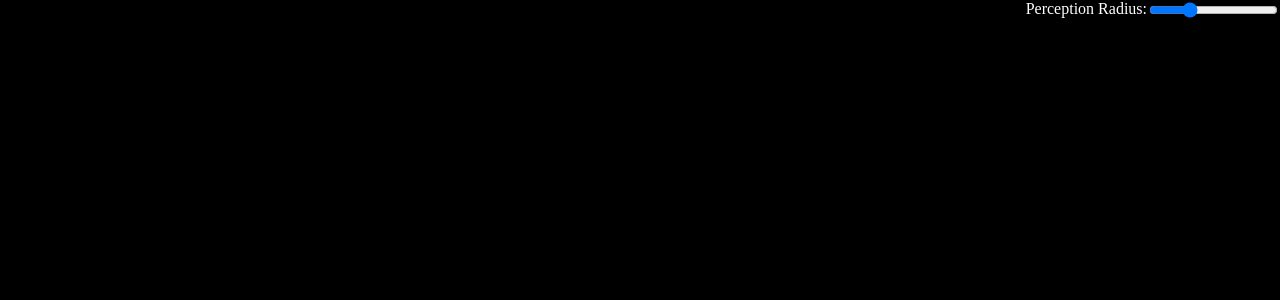
Repository: eltonsampaio12/boids
Page: index.html
An editor plug-in stored every save of this project. The page is shown before and after the next save, followed by the edit.
The browser window is 1280 px wide. The pictures show the whole page.

Above is the page before, as saved 2024-01-29 15:20:56.
Not found: main.ts

### index.html
<!DOCTYPE html>
<html lang="en">
  <head>
    <meta charset="utf-8" />
    <title>My first three.js app</title>
    <style>
      body {
        margin: 0;
        background-color: black;
      }
      .perceptionRadiusLabel {
        color: white;
      }

      .perceptionRadiusParent {
        display: flex;
        justify-content: flex-end;
        margin-left: 10px;
        margin-bottom: 10px;
      }
    </style>
  </head>
  <body>
    <script type="module" src="/main.ts"></script>

    <div class="perceptionRadiusParent">
      <label class="perceptionRadiusLabel" for="perceptionRadiusSlider"
        >Perception Radius:</label
      >
      <input
        type="range"
        id="perceptionRadiusSlider"
        min="1"
        max="100"
        value="30"
        step="1"
        oninput="updatePerceptionRadius(this.value)"
      />
    </div>

    <span id="perceptionRadiusValue">30</span>
  </body>
</html>

After the next save:
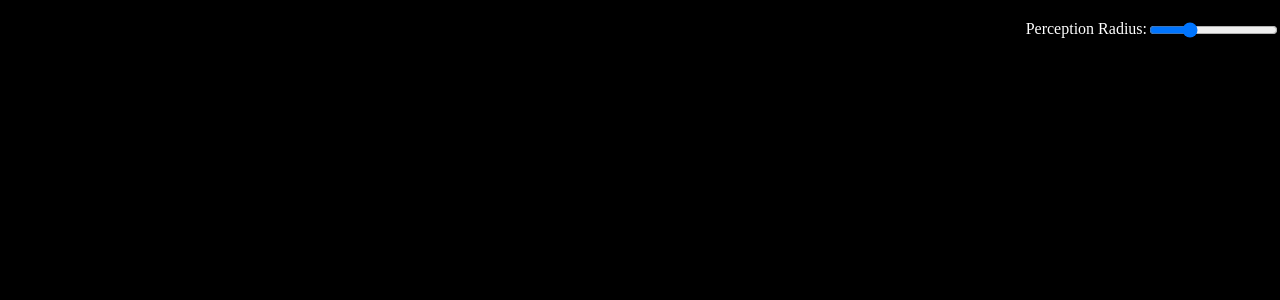
Saved 5 s later.
--- a/index.html
+++ b/index.html
@@ -16,7 +16,7 @@
         display: flex;
         justify-content: flex-end;
         margin-left: 10px;
-        margin-bottom: 10px;
+        margin-top: 20px;
       }
     </style>
   </head>
